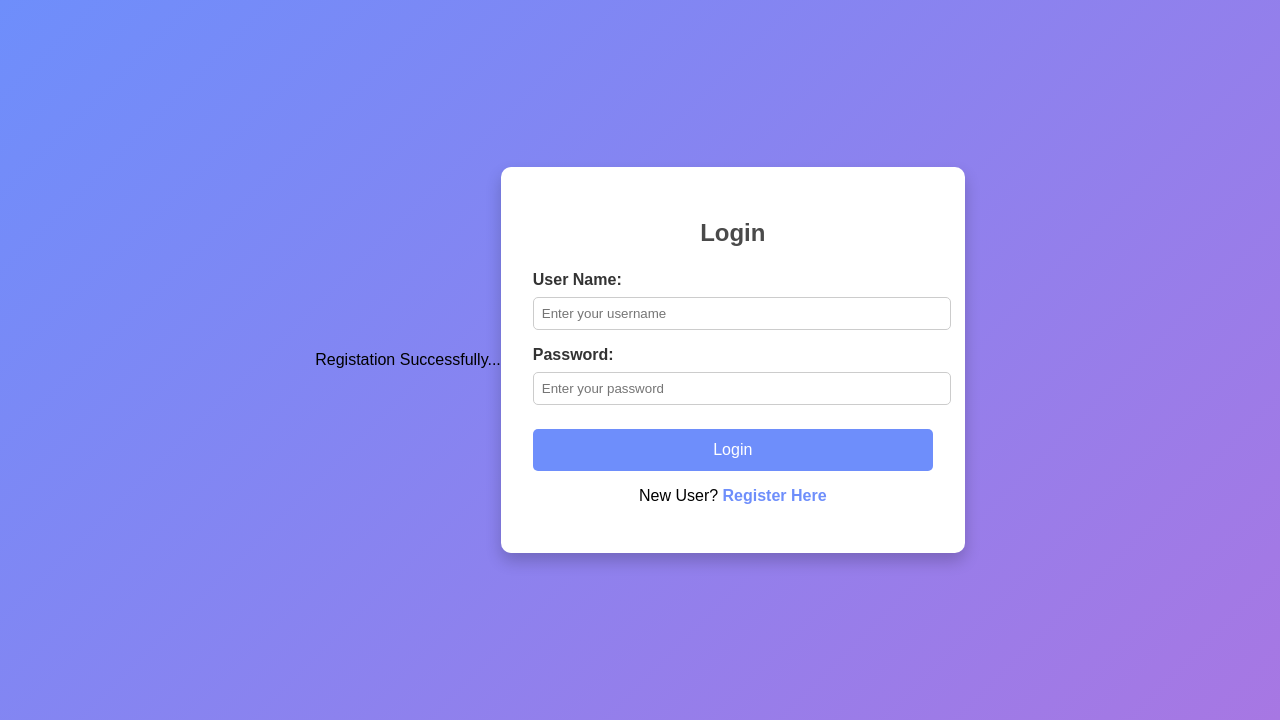
Repository: VASADUNESH/ADV_JAVA-JDBC-SERVLET-JSP
Page: http://localhost/UserApp/RegSuccess.jsp
An editor plug-in stored every save of this project. The page is shown before and after the next save, followed by the edit.
The browser window is 1280 px wide. The pictures show the whole page.
The page is served by Tomcat 9.

Above is the page before, as saved 2025-02-10 05:33:13.

After the next save:
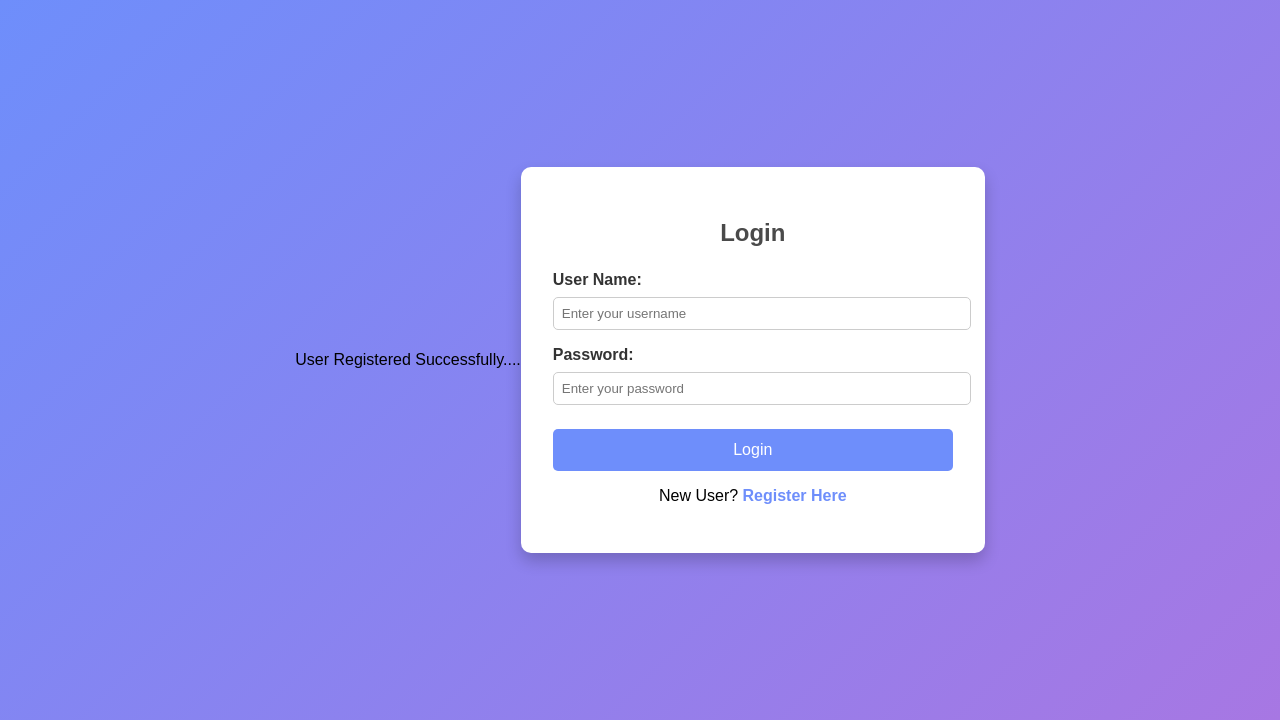
Saved 2 min 5 s later.
--- a/UserApp/src/main/webapp/RegSuccess.jsp
+++ b/UserApp/src/main/webapp/RegSuccess.jsp
@@ -1,14 +1,14 @@
-<%@ page language="java" contentType="text/html; charset=UTF-8"
-    pageEncoding="UTF-8"%>
+<%@ page language="java" contentType="text/html; charset=ISO-8859-1"
+    pageEncoding="ISO-8859-1"%>
 <!DOCTYPE html>
 <html>
 <head>
-<meta charset="UTF-8">
+<meta charset="ISO-8859-1">
 <title>Insert title here</title>
 </head>
 <body>
 <%
-out.println("Registation Successfully...");
+out.println("User Registered Successfully....<br>");
 %>
 <%@include file="login.html" %>
 </body>
